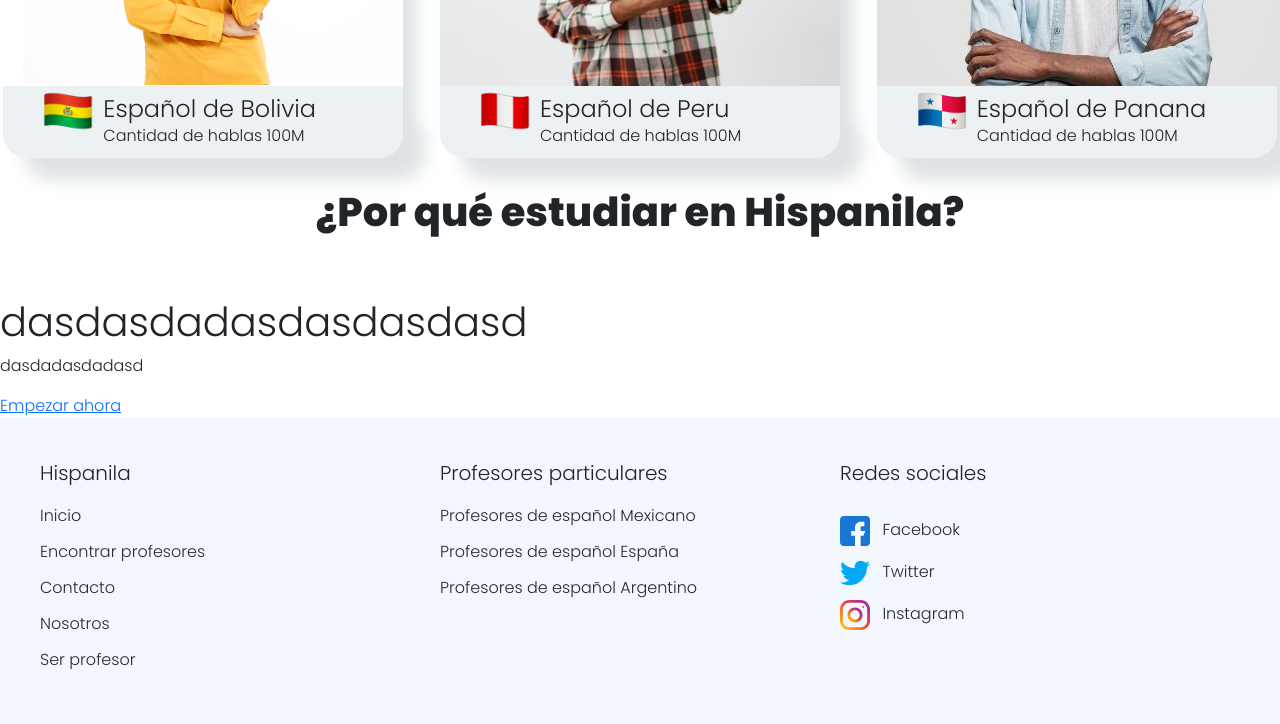
Repository: AgustinGarciaDev/Hispanila
Page: index.html
These files come from the project's save history. The page is drawn as it stood at one moment and after the next save; the edit follows.
The browser window is 1280 px wide. The pictures show the part of the page from y = 1397 to 2349 px (the page is 2121 px tall before and 2349 px after).
Some web libraries are served in a nearby version. The style sheet was rebuilt from its Sass, Less or Tailwind sources for each picture, by a compiler version that may differ from the author's.

Above is the page before, as saved 2021-01-28 22:29:53.

### index.html
<!DOCTYPE html>
<html lang="en">

<head>
    <meta charset="UTF-8">
    <title>Inicio</title>
    <meta name="viewport" content="width=device-width, user-scalable=no">
    <meta name="description" content="Encontra profesor que se adecue a tus objetivos y logra tus metas. Aprende las distintas variantes del español en Hispanila">
    <meta name="keywords" content="español , hispanila, profesores, profesor">
    <link rel="stylesheet" href="https://cdnjs.cloudflare.com/ajax/libs/animate.css/4.1.1/animate.min.css" />
    <link rel="stylesheet" href="https://use.fontawesome.com/releases/v5.8.1/css/all.css" integrity="sha384-50oBUHEmvpQ+1lW4y57PTFmhCaXp0ML5d60M1M7uH2+nqUivzIebhndOJK28anvf" crossorigin="anonymous">
    <link rel="preconnect" href="https://fonts.gstatic.com">
    <link rel="preconnect" href="https://fonts.gstatic.com">
    <link href="https://fonts.googleapis.com/css2?family=Poppins:ital,wght@0,200;0,300;0,800;0,900;1,200;1,500&display=swap" rel="stylesheet">
    <link href="https://fonts.googleapis.com/css2?family=Archivo:ital@0;1&display=swap" rel="stylesheet">
    <link href="https://cdn.jsdelivr.net/npm/bootstrap@5.0.0-beta1/dist/css/bootstrap.min.css" rel="stylesheet" integrity="sha384-giJF6kkoqNQ00vy+HMDP7azOuL0xtbfIcaT9wjKHr8RbDVddVHyTfAAsrekwKmP1" crossorigin="anonymous">
    <link rel="stylesheet" href="./css/style.css">
    <link rel="stylesheet" href="stylemod.css">

</head>

<body>
    <header>
        <nav class="navbar navbar-expand-lg navbar-light bg-light nav-color">
            <div class="container-fluid">
                <a class="navbar-brand" href="./index.html"><img src="./img/Hispanila_opt.png" alt=""></a>
                <button class="navbar-toggler" type="button" data-bs-toggle="collapse" data-bs-target="#navbarSupportedContent" aria-controls="navbarSupportedContent" aria-expanded="false" aria-label="Toggle navigation">
            <span class="navbar-toggler-icon"></span>
          </button>
                <div class="collapse navbar-collapse" id="navbarSupportedContent">
                    <ul class="navbar-nav me-auto mb-2 mb-lg-0">
                        <li class="nav-item">
                            <a class="nav-link active" aria-current="page" href="./index.html">Inicio</a>
                        </li>
                        <li class="nav-item">
                            <a class="nav-link" href="./we.html">Nosotros</a>
                        </li>
                        <li class="nav-item">
                            <a class="nav-link" href="./contact.html">Contacto</a>
                        </li>
                        <li class="nav-item">
                            <a class="nav-link" href="./searchteacer.html">Buscar profesores</a>
                        </li>
                    </ul>
                </div>
            </div>
        </nav>
    </header>
    <main>
        <div class="hero">
            <div class="box">
                <div class="animate__animated animate__backInLeft">
                    <h1 class="hero__title_h1">Empeza hoy con tus clases de español</h1>
                </div>

                <p class="hero__title_p">Toma tus clases desde cualquier parte del mundo!</p>
                <a class="hero__bottom" href="#" role="button">EMPEZAR HOY</a>
            </div>

        </div>
        <div class="animate__animated animate__backInLeft">
            <h2 class="Tittle_h2">Estudia las diferentes variantes del español</h2>
        </div>
        <div class="block-band">
            <div class="card-band ">

                <a href="./searchteacer.html"> <img class="teacher-photo" src="./img/teacher-arg.jpg" alt=""></a>
                <div class="content-band">
                    <a href="./searchteacer.html"> <img class="band" src="./img/argentina.png" alt=""></a>
                    <div class="info-card">
                        <a href="./searchteacer.html" class="link">
                            <h4>Español de Argentina</h4>
                            <p>Cantidad de hablas 100M</p>
                        </a>
                    </div>
                </div>
            </div>
            <div class="card-band">
                <a href="./searchteacer.html"> <img class="teacher-photo" src="./img/woman-teacher-mex.jpg" alt="profesora de mexico">
                    <div class="content-band">
                        <img class="band" src="./img/mexico.png" alt="">
                        <div class="info-card">
                            <a href="./searchteacer.html" class="link">
                                <h4>Español de Mexico</h4>
                                <p>Cantidad de hablas 100M</p>
                            </a>
                        </div>
                    </div>
                </a>
            </div>

            <div class="card-band">
                <a href="./searchteacer.html"><img class="teacher-photo" src="./img/women-teacher.jpg" alt="">
                    <div class="content-band">
                        <img class="band" src="./img/ecuador.png" alt="">
                        <div class="info-card">
                            <a href="./searchteacer.html" class="link">
                                <h4>Español de Colombia</h4>
                                <p>Cantidad de hablas 100M</p>
                            </a>
                        </div>
                    </div>
                </a>
            </div>
            <div class="card-band ">
                <img class='teacher-photo' src="./img/woman-bo.png " alt=" ">
                <div class="content-band ">
                    <img class="band " src="./img/bolivia.png " alt=" ">
                    <div class="info-card ">
                        <a href="./searchteacer.html" class="link">
                            <h4>Español de Bolivia</h4>
                            <p>Cantidad de hablas 100M</p>
                        </a>

                    </div>
                </div>
            </div>
            <div class="card-band ">
                <img class='teacher-photo' src="./img/teacher-peru.png " alt=" ">
                <div class="content-band ">
                    <img class="band " src="./img/peru.png " alt=" ">
                    <div class="info-card ">
                        <a href="./searchteacer.html" class="link">
                            <h4>Español de Peru</h4>
                            <p>Cantidad de hablas 100M</p>
                        </a>

                    </div>
                </div>
            </div>
            <div class="card-band ">
                <img class='teacher-photo' src="./img/teacher-panama.jpg " alt="profesor de panama ">
                <div class="content-band ">
                    <img class="band " src="./img/panama.png " alt=" ">
                    <div class="info-card ">
                        <a href="./searchteacer.html" class="link">
                            <h4>Español de Panana</h4>
                            <p>Cantidad de hablas 100M</p>
                        </a>

                    </div>
                </div>
            </div>
        </div>
        </div>
        <div class="animate__animated animate__backInLeft ">
            <h2 class="Tittle_h2">¿Por qué estudiar en Hispanila?</h2>
        </div>
        <section>
            <div class="block-band">
                <div class="card__study__resson">
                    <img src="" alt="">
                    <h1>dasdasdadasdasdasdasd</h1>
                    <p>dasdadasdadasd</p>
                    <a href="">Empezar ahora</a>
                </div>
            </div>
        </section>
    </main>
    <footer class="footer ">
        <div class="list__footer ">
            <p class="list__footer__p-modifier ">Hispanila</p>
            <li class="list__footer__li-modifier "> <a class="list__footer__a-modifier " href="/index.html ">Inicio</a></li>
            <li class="list__footer__li-modifier "> <a class="list__footer__a-modifier " href="/searchteacer.html ">Encontrar profesores</a></li>
            <li class="list__footer__li-modifier "><a class="list__footer__a-modifier " href="/contacte.html ">Contacto</a></li>
            <li class="list__footer__li-modifier "><a class="list__footer__a-modifier " href="/we.html ">Nosotros</a></li>
            <li class="list__footer__li-modifier "><a class="list__footer__a-modifier " href="/we.html ">Ser profesor</a></li>
        </div>
        <div class="list__footer ">
            <p class="list__footer__p-modifier ">Profesores particulares</p>
            <li class="list__footer__li-modifier "> <a class="list__footer__a-modifier " href=" https://www.facebook.com/ "> Profesores de español Mexicano</a></li>
            <li class="list__footer__li-modifier "><a class="list__footer__a-modifier " href="https://twitter.com/home "> Profesores de español España</a></li>
            <li class="list__footer__li-modifier "><a class="list__footer__a-modifier " href="https://www.instagram.com/ "> Profesores de español Argentino</a></li>
        </div>

        <div class="list__footer ">
            <p class="list__footer__p-modifier "> Redes sociales</p>
            <li class="list__footer__li-modifier "></li><img class="list__footer__img-modifier " src="./img/facebook.svg " alt=" "> <a class="list__footer__a-modifier " href="https://www.facebook.com/ ">Facebook</a></li>
            <li class="list__footer__li-modifier "></li><img class="list__footer__img-modifier " src="./img/gorjeo.svg " alt=" "> <a class="list__footer__a-modifier " href="https://twitter.com/home ">Twitter</a></li>
            <li class="list__footer__li-modifier "></li><img class="list__footer__img-modifier " src="./img/instagram.svg " alt=" "> <a class="list__footer__a-modifier " href="https://www.instagram.com/ ">Instagram</a></li>
        </div>
    </footer>
    <script src="https://cdn.jsdelivr.net/npm/bootstrap@5.0.0-beta1/dist/js/bootstrap.bundle.min.js " integrity="sha384-ygbV9kiqUc6oa4msXn9868pTtWMgiQaeYH7/t7LECLbyPA2x65Kgf80OJFdroafW " crossorigin="anonymous "></script>
</body>

</html>

### stylemod.css
.nav-color {
    background-color: #ff9000 !important;
    height: 65px;
    box-shadow: 2px 2px 4px #d97a00, -5px -5px 4px #ffa600;
}

.nav-link {
    color: white !important;
}

.hero {
    display: grid;
    grid-template-columns: 2fr 2fr;
    height: 600px;
    background-image: url(http://baravdg.com/wp-content/uploads/2021/01/hero-background.png);
    background-position: center;
    background-repeat: no-repeat;
    background-size: cover;
}

.hero .box {
    display: flex;
    flex-direction: column;
    margin: auto;
    padding-left: 30px;
}

.hero__title_h1 {
    color: white;
    font-weight: 700;
    font-size: 50px;
}

.hero__title_p {
    color: white;
    font-size: 30px;
    font-size: 400;
}

.hero__bottom {
    width: 200px;
    color: white;
    padding: 10px;
    text-align: center;
    text-decoration: none;
    font-size: 'Poppins', sans-serif;
    font-weight: 800;
    border-radius: 8px;
    background: linear-gradient(145deg, #ffd529, #d8b322);
}


/* EMPIEZA LAS CARD DE LAS BANDERAS */

.Tittle_h2 {
    text-align: center;
    padding: 30px;
    font-size: 40px;
    font-weight: 800;
}

.block-band {
    display: grid;
    grid-template-columns: repeat(3, 1fr);
    grid-column-gap: 30px;
    grid-row-gap: 30px;
    justify-items: center;
}

.link {
    color: inherit;
    text-decoration: inherit;
}

.card-band {
    border-radius: 24px;
    border-radius: 24px;
    background: #ecf1f4;
    box-shadow: 22px 22px 18px #dee3e5, -22px -22px 18px #faffff;
    width: 400px;
    height: 372px;
}

.content-band {
    display: flex;
    padding-left: 40px;
    padding-bottom: 10px;
}

.info-card {
    padding-top: 9px;
    padding-left: 10px;
}

.info-card h4 {
    margin: 0;
}

.info-card p {
    margin: 0;
    margin-left: 6;
}

.card-band .teacher-photo {
    width: 400px;
    height: 300px;
}

.card-band .band {
    height: 50px;
    width: 50px;
}

.card-prof {
    margin: 40px;
    padding: 40px;
}

.table-proyect {
    padding: 40px;
}


/* SLIDE*/

.card-study {
    border-radius: 24px;
    border-radius: 24px;
    background: #ecf1f4;
    box-shadow: 22px 22px 18px #dee3e5, -22px -22px 18px #faffff;
    width: 400px;
    height: 372px;
}


/* CARD  porque estudiar Hispanila*/

.container-hispanila {
    margin-top: 100px;
    display: grid;
    grid-template-columns: repeat(3, 1fr);
    grid-column-gap: 30px;
    grid-row-gap: 30px;
    justify-items: center;
}

.hispanila-card {
    width: 300px;
    height: 400px;
    border: solid 1px black;
    padding: 20px;
    margin: auto;
}

.hispanila-card img {
    width: 300px;
    height: 200px;
}

.hispanila-card h3 {
    text-align: center;
}

.datos {
    display: grid;
    grid-template-columns: 1fr 1fr;
    grid-template-rows: 1fr 1fr;
    grid-column-gap: 10px;
    grid-row-gap: 10px;
}

.search-teacher {
    background: #e7eef3;
}

.container {
    height: 400px;
    width: 100%;
    background: white;
    margin-bottom: 20px;
    margin-top: 20px;
    box-shadow: 20px 20px 51px #c4cacf, -20px -20px 51px #ffffff;
}

.teacher-block {
    padding: 10px;
}

.teacher-date {
    display: flex;
    flex-direction: column;
    padding: 20px;
}

.teacher-date .teacher-score {
    flex-direction: row;
}

.teacher-date img {
    border-radius: 50%;
    height: 100px;
    width: 100px;
    margin: auto;
}

.teacher-date button {
    height: 30px;
    width: 120px;
    margin: auto;
}

.score-teacher {
    margin: auto;
    padding: 20px 0 20px 0;
    color: #FEC400;
}

.teacher-information {
    display: flex;
    flex-direction: column;
}

.teacher-information h1 {
    font-size: 20px;
}

.teacher-date-personal {
    display: flex;
    flex-direction: row;
    justify-content: space-between;
}

.teacher-posicion {
    display: inline;
}

.title-teacher p {
    font-size: 16px;
    font-weight: 200;
    margin: 4px;
}

.teacher-precie {
    font-size: 18px;
    font-weight: bold;
}

.teacher-posicion h4 {
    font-size: 20px;
    font-weight: 200;
}

.teacher-posicion .teacher-divider-card {
    border: solid 1px red;
    width: 15px;
    height: 3px;
    background: red;
}

.teacher-learning {
    font-weight: bold;
}

.level {
    display: inline-block;
    margin: 2px;
    height: 19px;
    width: 4px;
    background: red;
}

.level-four-lenguage {
    background: #dee3e5
}

.level-five-leanguage {
    background: #dee3e5
}

@media (max-width: 890px) {
    .block-band {
        grid-template-columns: repeat(2, 1fr);
    }
    .card-band .teacher-photo {
        width: 324px;
        height: 239px;
    }
    .card-band {
        width: 324px;
        height: 325px;
    }
}

@media (max-width: 520px) {
    .hero {
        height: 360px;
    }
    .block-band {
        grid-template-columns: none;
    }
    .carousel-item img {
        height: 240px;
    }
}

### scss/style.scss
@import"variables";
@import "header";
@import "footer";
@import "body";
@import "contac";
@import "profile";
@import "aboutUs";

### scss/_variables.scss
/* TIPOGRAFIAS */

$font-body: 'Poppins',
sans-serif;

/* SIZE TIPOGRAFIAS */

$nameteacher: 16px;
$titulocontacto: 20px;

/* ICONOS COLOR */

$color-start-icon: #FEC400;
$color-social:gray;

/*Color background*/

$color-box: linear-gradient(145deg, #d8e8f2, #b6c3cb);

/*Padding*/

$padding-currilum: 40px;

### scss/_header.scss
header {
    position: sticky;
    top: 0;
    z-index: 5;
}

### scss/_footer.scss
.footer {
    background-color: #F2F7FD;
    display: grid;
    grid-template-columns: repeat(3, 1fr);
    padding: 40px;
}

.list__footer__p-modifier {
    font-size: 20px;
}

.list__footer__li-modifier {
    list-style: none;
    align-items: center;
    display: flex;
    margin-bottom: 12px;
}

.list__footer__a-modifier {
    text-decoration: none;
    color: #252b2f;
}

.list-footer a:hover {
    text-decoration: underline;
}

.list__footer__img-modifier {
    width: 30px;
    height: 30px;
    margin-right: 8px;
}

@media (max-width: 768px) {
    .footer {
        display: flex;
        flex-wrap: wrap;
    }
    .list__footer {
        padding-left: 10px;
        padding-right: 10px;
        justify-content: center;
    }
}

@media (max-width: 520px) {}

### scss/_body.scss
body {
    margin: 0;
    font-family: $font-body;
}

### scss/_contac.scss
.row {
    margin-right: 0;
}

.email_img {
    width: 100%;
}

.icons__list {
    display: flex;
    justify-content: center;
}

.icons__list_a {
    text-decoration: none;
    color: $color-social;
    padding-bottom: 10px;
    padding-left: 5px;
    padding-right: 5px;
}

.icons__list__redsocial {
    display: flex;
    flex-direction: row;
    padding-top: 10px;
    justify-content: center;
}

.icons__list_logo_Redes {
    color: $color-social;
    font-size: 35px;
    margin: 0 10px;
}

.text-contact__h2 {
    font-size: $titulocontacto;
}

@media (max-width: 520px) {
    .text-contact__h1 {
        text-align: center;
    }
    .text-contact__h2 {
        font-size: $titulocontacto -7;
        text-align: center;
    }
}

### scss/_profile.scss
    .layout {
        display: grid;
        grid-template-columns: 2fr 1fr;
        grid-template-rows: 1fr;
        grid-column-gap: 10px;
        grid-row-gap: 10px;
        padding: 20px;
    }

    .layout__infoteache__video-modifier {
        width: 100%;
        height: 500px;
    }

    .layout__profile {
        border-radius: 8px;
        background: #ffffff;
        box-shadow: 8px 8px 55px #d9d9d9, -8px -8px 55px #ffffff;
    }

    .layaout__datachecher__layout__img-modifier {
        width: 80px;
        height: 80px;
        border-radius: 50%;
        display: flex;
        margin: auto;
    }

    .layaout__datachecher__h1-modifier {
        font-size: 30px;
        font-weight: 600;
    }

    .layaout__datachecher__h2-modifier {
        font-size: 14px;
    }

    .scoreteacher {
        display: flex;
        flex-direction: row;
    }

    .scoreteacher__icon--modifier {
        color: $color-start-icon;
        margin-top: 28px;
        margin-bottom: 2px;
    }

    .scoreteacher__number--modifier {
        margin-top: 26px;
        margin-bottom: 2px;
        padding-left: 9px;
    }

    .layout__sepator {
        border: 1px solid #10101030;
        margin: 10px;
    }

    .card {
        margin-bottom: 15px;
        margin-top: 15px;
    }

    .card-body {
        display: flex;
    }

    .clases__titulo-Modifier {
        font-size: 25px;
        font-size: 500;
    }

    .curriculum {
        margin: 30px 0;
        border-radius: 8px;
        background: #ffffff;
        box-shadow: 8px 8px 55px #d9d9d9, -8px -8px 55px #ffffff;
        padding: $padding-currilum;
    }

    .lessons__box {
        padding: 40px;
        margin: 30px 0;
        border-radius: 8px;
        background: #ffffff;
        box-shadow: 8px 8px 55px #d9d9d9, -8px -8px 55px #ffffff;
    }

    .Comentary {
        margin-top: 20px;
        background: #ffffff;
        box-shadow: 8px 8px 55px #d9d9d9, -8px -8px 55px #ffffff;
        padding: 30px;
    }

    .personaldata {
        display: flex;
        flex-direction: row;
    }

    .Comentary__grid {
        margin-top: 40px;
        display: grid;
        grid-template-columns: 1fr 1fr;
        grid-template-rows: 1fr 1fr 1fr;
        grid-row-gap: 30px;
    }

    .Comentary__layout {
        width: 350px;
        height: 140px;
        padding: 10px;
        background: rgba( 255, 255, 255, 0.00);
        box-shadow: 0 8px 10px 0 rgba( 31, 38, 135, 0.37);
        border-radius: 10px;
    }

    .personaldata img {
        border-radius: 50%;
        width: 50px;
        height: 50px;
    }

    .Reserva {
        position: sticky;
        top: 100px;
        height: 350px;
        border-radius: 8px;
        background: #ffffff;
        box-shadow: 8px 8px 55px #d9d9d9, -8px -8px 55px #ffffff;
    }

    .Reserva__precios_layout {
        padding-bottom: 10px;
        padding-top: 10px;
    }

    .boton__ML {
        display: flex;
        justify-content: center;
    }

    .mercadopago-button {
        height: 40px;
        font-weight: 300px;
        font-family: $font-body;
        background-color: #00b1ff!important;
        width: 100%;
        border-radius: 1px;
        background: $color-box;
        box-shadow: 5px 5px 9px #b8c5ce, -5px -5px 9px #dcedf6;
    }

    .Reserva__divider {
        border: 1px solid gray;
    }

    .Reserva__contact {
        text-align: center;
        padding: 20px;
    }

    .Reserva__contact_boton {
        display: block;
        font-weight: 400;
        padding: 20px;
        text-decoration: none;
        color: white;
        background: #48af41!important;
        border-radius: 1px;
        border-radius: 1px;
        background: $color-box;
        box-shadow: 5px 5px 9px #b8c5ce, -5px -5px 9px #dcedf6;
    }
    /* Responsive */

    @media (max-width: 890px) {
        .layout {
            display: flex;
            flex-direction: column;
        }
        .Comentary__grid {
            display: flex;
            flex-wrap: wrap;
        }
        .Comentary__layout {
            width: 100%;
        }
        .Reserva {
            position: relative;
            top: 0;
            width: 100%;
            height: 350px;
        }
    }

    @media (max-width: 520px) {
        .layout__infoteache__video-modifier {
            height: 240px;
        }
        .layout__scoreteacher {
            margin-left: 132px;
        }
        .layout__dateacher_info {
            margin-left: -9px;
        }
        .Reserva__contact_boton {
            width: 200px;
            height: 70px;
            display: inline-block;
            padding: 10px;
        }
        .card-body {
            flex-direction: column;
            align-items: center;
        }
        .curriculum {
            padding: $padding-currilum -30;
        }
    }

### scss/_aboutUs.scss
    .About__tittle-h1 {
        text-align: center;
        padding: 20px 0;
    }

    .About__img {
        display: flex;
        justify-content: center;
        align-items: center;
    }

    .About__img--modifier {
        width: 900px;
        height: 600px;
    }

    .About__history {
        text-align: center;
        margin: 10px 500px;
    }

    .About_compromise_img {
        width: 400px;
        height: 300px;
    }

    .Value {
        margin-top: 40px;
    }

    .Value_p--modifier {
        font-size: 40px;
        font-weight: 500px;
    }

    @media (max-width: 890px) {
        .About__img--modifier {
            width: 100%;
            height: auto;
        }
        .About__history {
            margin: 10px 20px;
        }
    }

    @media (max-width: 570px) {
        .About_compromise_img {
            height: 300px;
        }
        .About_compromise__responsive {
            flex-direction: column-reverse;
            display: flex;
        }
        .Value {
            display: flex;
            align-items: center;
            justify-content: center;
        }
        .Value__box {
            display: flex;
            flex-direction: column;
            justify-content: center;
        }
    }

After the next save:
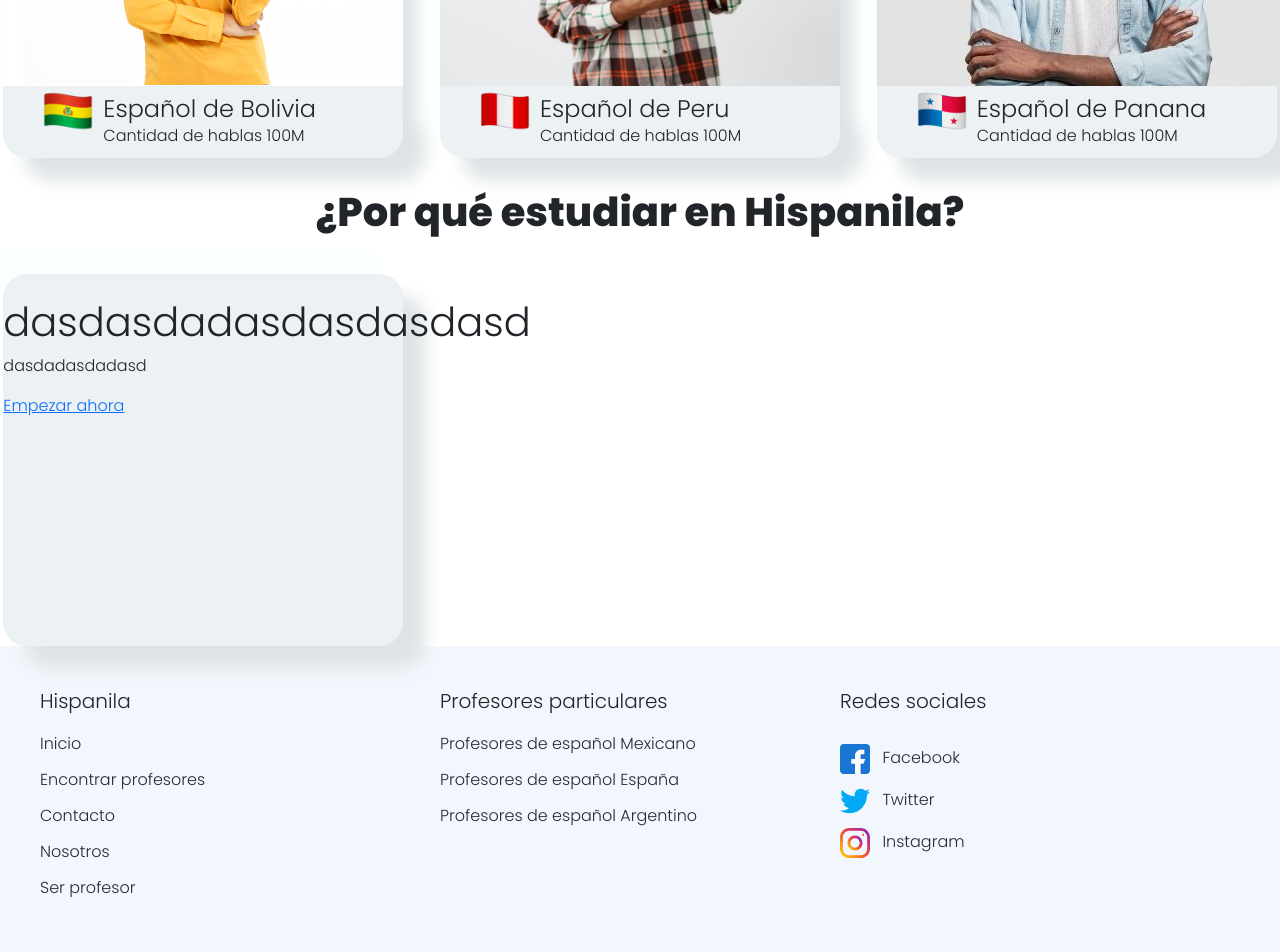
Saved 11 s later.
--- a/stylemod.css
+++ b/stylemod.css
@@ -123,7 +123,7 @@
 
 /* SLIDE*/
 
-.card-study {
+.card__study__resson {
     border-radius: 24px;
     border-radius: 24px;
     background: #ecf1f4;
